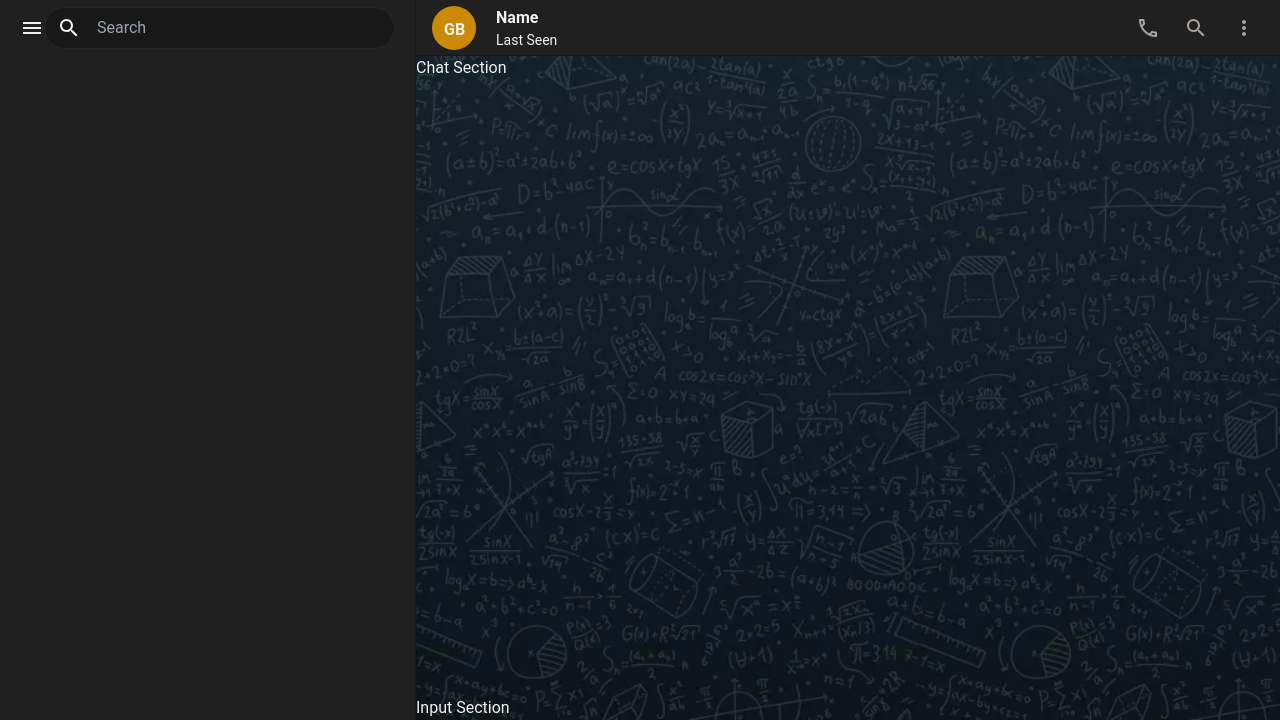
Repository: Qu4ntumGuy/telegram-clone
Page: /
These files come from the project's save history. The page is drawn as it stood at one moment and after the next save; the edit follows.
The browser window is 1280 px wide. The pictures show the whole page.
The project was rebuilt for these pictures with package versions that can differ from the ones it lists, and the page was loaded fresh each time. Also part of the build but not shown: src/Utils/ContextProvider.js, src/Pages/ChatPage.js/ChatPage.js.

Above is the page before, as saved 2024-07-15 12:34:16.

After the next save:
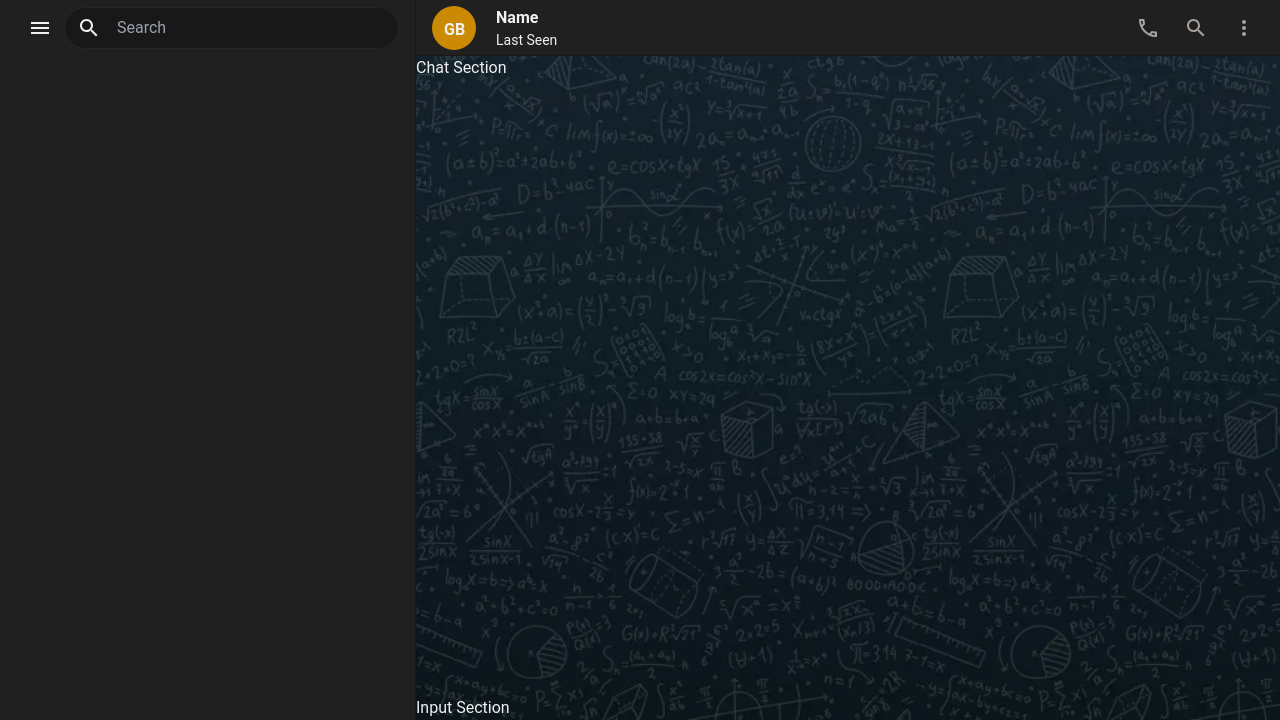
Saved 19 s later.
--- a/src/Components/Sidebar.js
+++ b/src/Components/Sidebar.js
@@ -7,8 +7,8 @@ function Sidebar() {
   const context = useComponentContext();
   return (
     <div className="w-full md:max-w-[26rem] bg-[#202020] border-r border-[#181818] h-screen">
-      <div className="flex items-center justify-start px-5 h-14 w-full">
-        <div className="">
+      <div className="flex items-center justify-start px-4 h-14 w-full">
+        <div className="px-3">
           <MenuIcon />
         </div>
 
